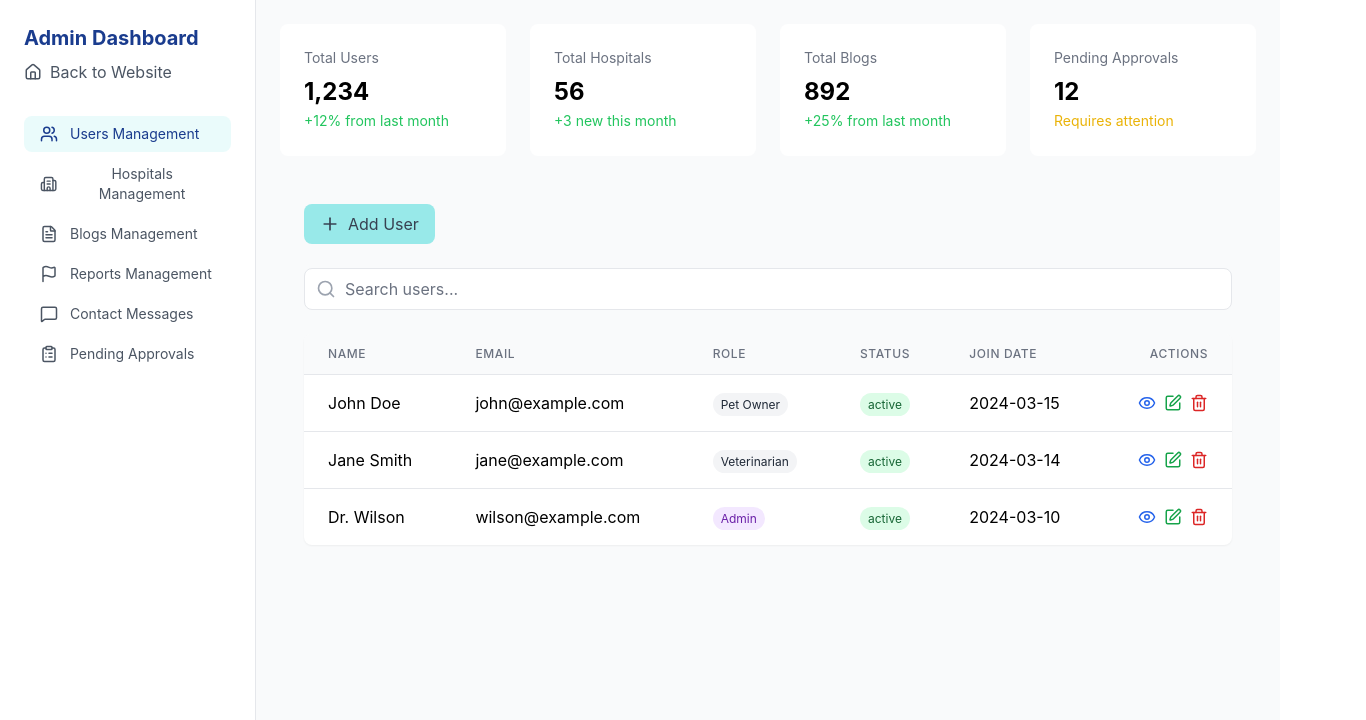
Repository: ZSayless/MyPetDoc
Page: /admin
An editor plug-in stored every save of this project. The page is shown before and after the next save, followed by the edit.
The browser window is 1280 px wide. The page is 1280 px wide, then 1366 px, so the pictures cover 1366 px, including what lies to the right of the window. The pictures show the whole page.
The project was rebuilt for these pictures with package versions that can differ from the ones it lists, and the page was loaded fresh each time. Also part of the build but not shown: vite.config.js, src/core/ButtonLink.js, src/components/register/SelectRoleModal.js, src/services/authService.js, src/components/register/Register.js, src/core/Overlay.js, src/components/login/Login.js, src/components/layout/Header.js and 40 more.

Above is the page before, as saved 2025-01-16 10:15:15.

After the next save:
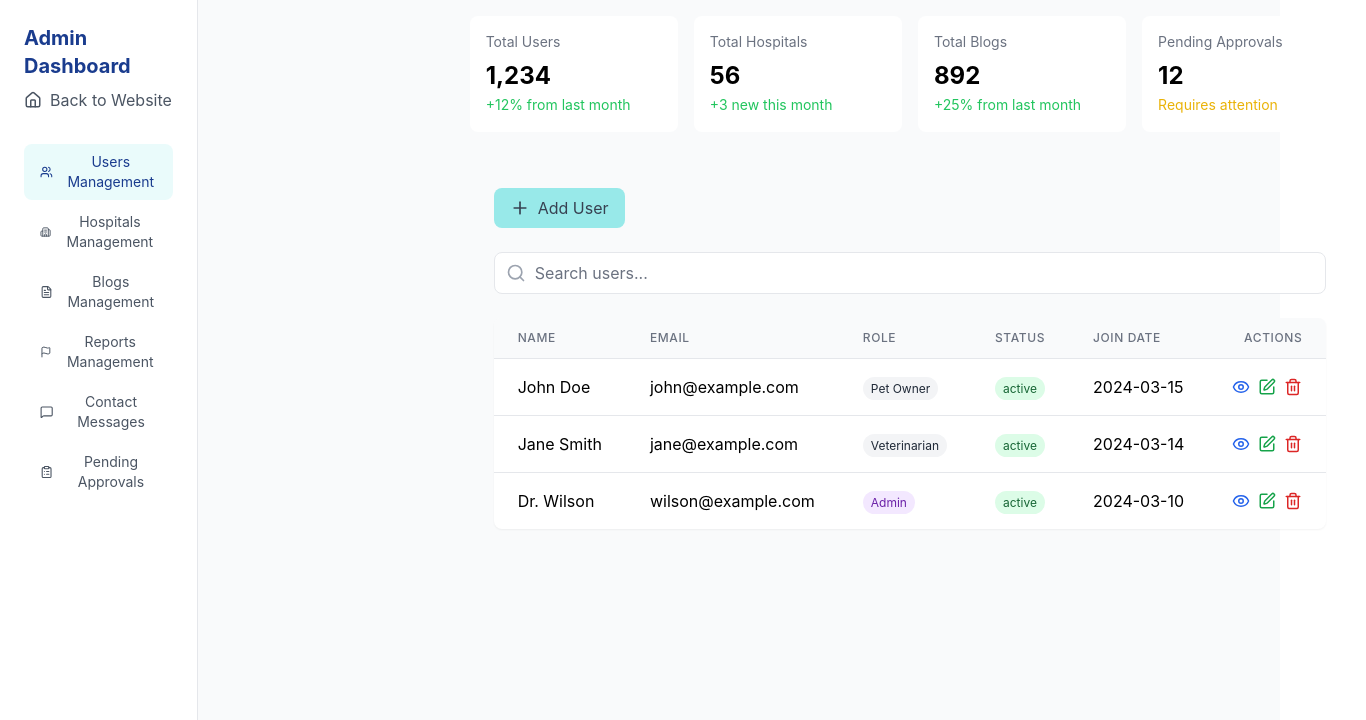
Saved 83 s later.
--- a/src/pages/admin/AdminDashboard.js
+++ b/src/pages/admin/AdminDashboard.js
@@ -6,9 +6,11 @@ import BlogsManagement from "./tabs/BlogsManagement";
 import ReportsManagement from "./tabs/ReportsManagement";
 import ContactMessages from "./tabs/ContactMessages";
 import PendingApprovals from "./tabs/PendingApprovals";
+import { Menu } from "lucide-react";
 
 function AdminDashboard() {
   const [activeTab, setActiveTab] = useState("users");
+  const [isSidebarOpen, setIsSidebarOpen] = useState(false);
 
   const renderTab = () => {
     switch (activeTab) {
@@ -31,39 +33,59 @@ function AdminDashboard() {
 
   return (
     <div className="flex min-h-screen bg-gray-50">
+      {/* Mobile Menu Button */}
+      <button
+        className="md:hidden fixed top-4 left-4 z-50 p-2 bg-white rounded-lg shadow-md"
+        onClick={() => setIsSidebarOpen(!isSidebarOpen)}
+      >
+        <Menu size={20} />
+      </button>
+
       {/* Sidebar */}
-      <div className="w-64 bg-white border-r">
+      <div
+        className={`fixed md:static inset-y-0 left-0 z-40 w-64 bg-white border-r transform transition-transform duration-200 ease-in-out ${
+          isSidebarOpen ? "translate-x-0" : "-translate-x-full"
+        } md:translate-x-0`}
+      >
         <AdminSidebar activeTab={activeTab} setActiveTab={setActiveTab} />
       </div>
 
+      {/* Overlay for mobile */}
+      {isSidebarOpen && (
+        <div
+          className="md:hidden fixed inset-0 bg-black/50 z-30"
+          onClick={() => setIsSidebarOpen(false)}
+        />
+      )}
+
       {/* Main Content */}
-      <div className="flex-1">
+      <div className="flex-1 md:ml-64">
         {/* Stats Cards */}
-        <div className="grid grid-cols-4 gap-6 p-6">
-          <div className="bg-white rounded-lg p-6">
+        <div className="grid grid-cols-1 sm:grid-cols-2 md:grid-cols-4 gap-4 p-4">
+          <div className="bg-white rounded-lg p-4">
             <h3 className="text-gray-500 text-sm">Total Users</h3>
-            <p className="text-2xl font-bold mt-2">1,234</p>
+            <p className="text-xl md:text-2xl font-bold mt-2">1,234</p>
             <span className="text-green-500 text-sm">+12% from last month</span>
           </div>
-          <div className="bg-white rounded-lg p-6">
+          <div className="bg-white rounded-lg p-4">
             <h3 className="text-gray-500 text-sm">Total Hospitals</h3>
-            <p className="text-2xl font-bold mt-2">56</p>
+            <p className="text-xl md:text-2xl font-bold mt-2">56</p>
             <span className="text-green-500 text-sm">+3 new this month</span>
           </div>
-          <div className="bg-white rounded-lg p-6">
+          <div className="bg-white rounded-lg p-4">
             <h3 className="text-gray-500 text-sm">Total Blogs</h3>
-            <p className="text-2xl font-bold mt-2">892</p>
+            <p className="text-xl md:text-2xl font-bold mt-2">892</p>
             <span className="text-green-500 text-sm">+25% from last month</span>
           </div>
-          <div className="bg-white rounded-lg p-6">
+          <div className="bg-white rounded-lg p-4">
             <h3 className="text-gray-500 text-sm">Pending Approvals</h3>
-            <p className="text-2xl font-bold mt-2">12</p>
+            <p className="text-xl md:text-2xl font-bold mt-2">12</p>
             <span className="text-yellow-500 text-sm">Requires attention</span>
           </div>
         </div>
 
         {/* Content Area */}
-        <div className="px-6 pb-6">{renderTab()}</div>
+        <div className="p-4">{renderTab()}</div>
       </div>
     </div>
   );
